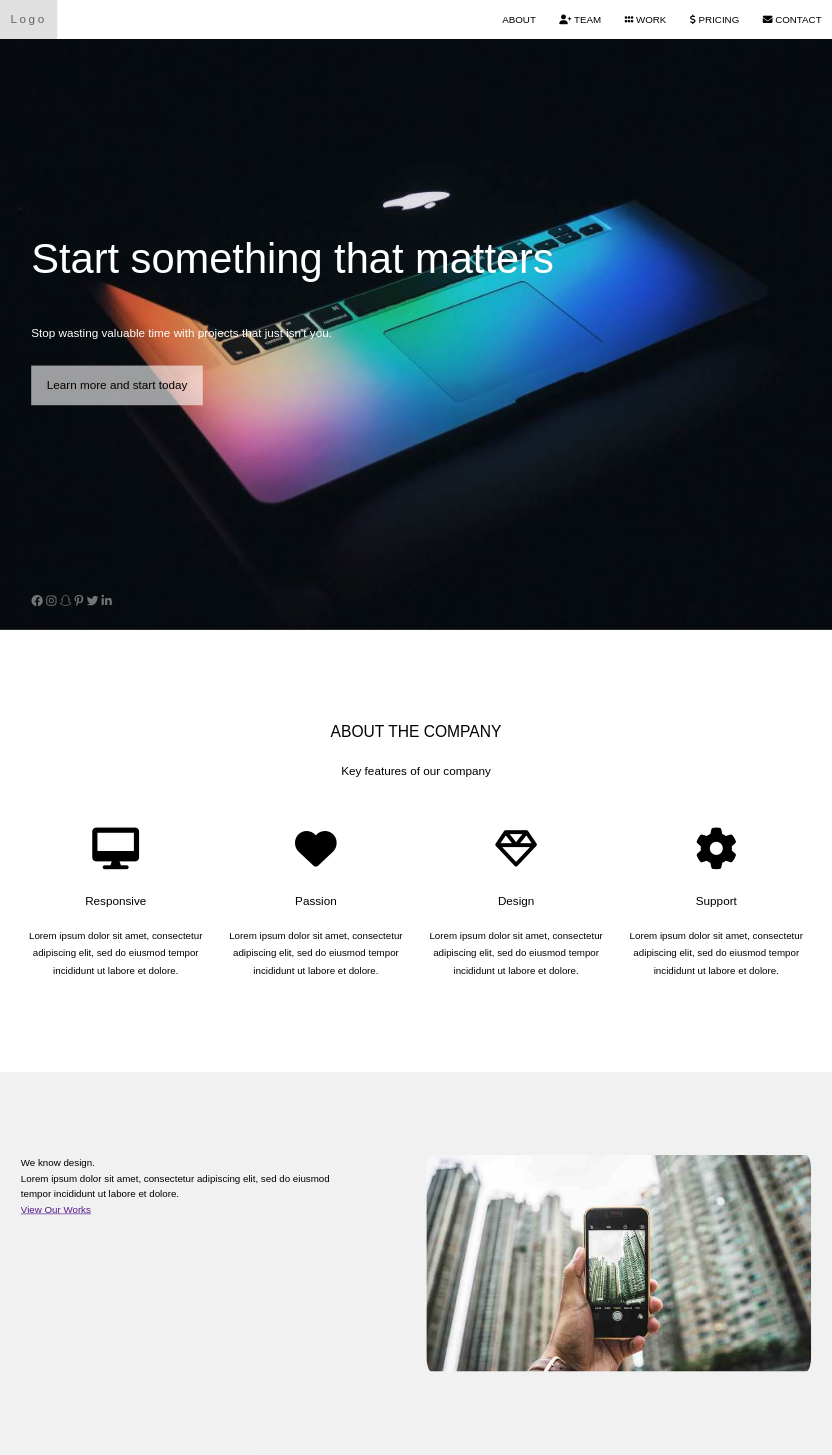
Repository: husterDC/Test
Page: index.html
The author's editor kept a copy of each file at every save. The page is drawn from the files as they stood at one save, then again after the next save.
The browser window is 1280 px wide. The pictures show the whole page, at 65% of full size.

Above is the page before, as saved 2022-10-13 13:39:26.

After the next save:
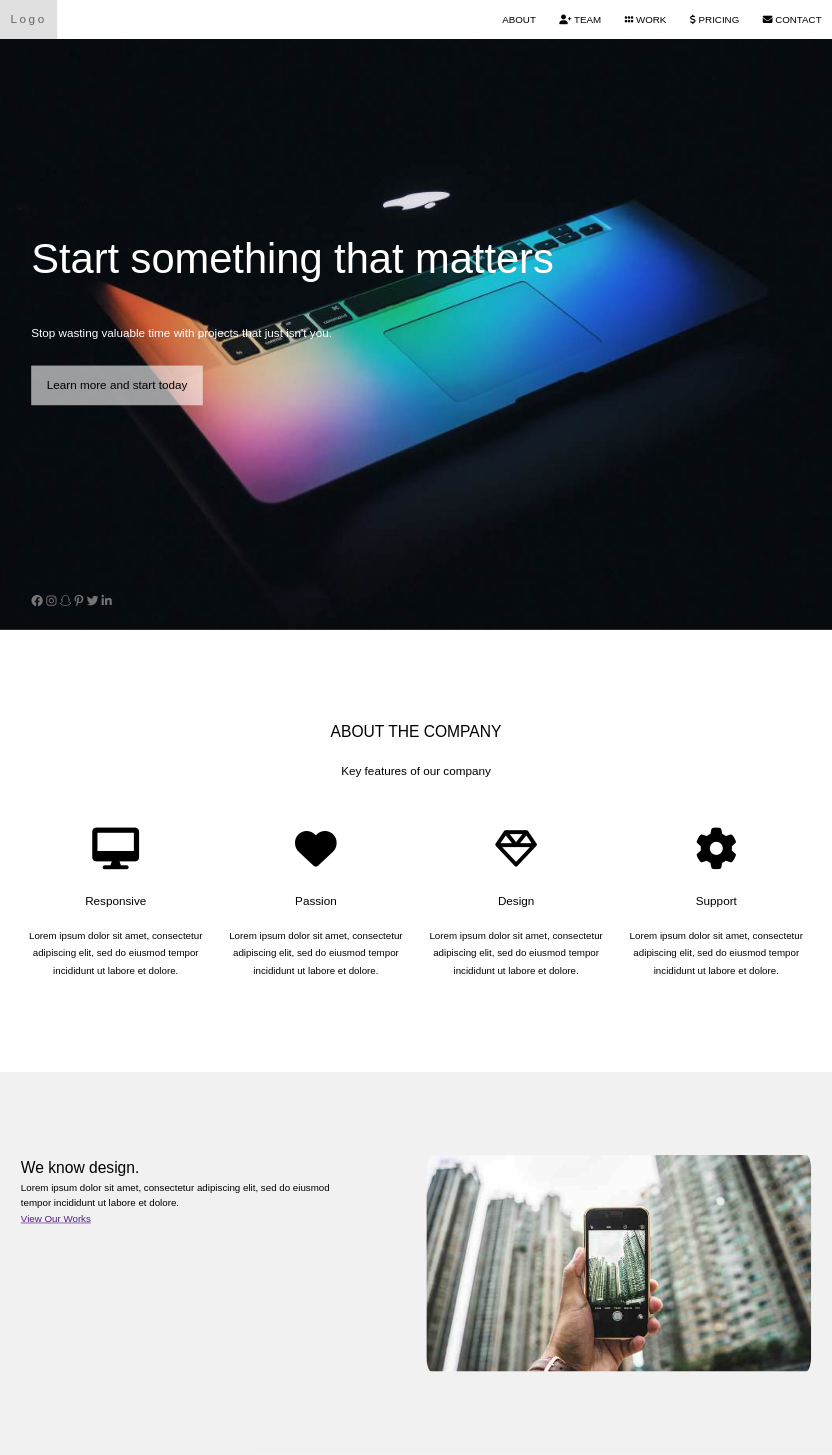
Saved 31 s later.
--- a/assets/style.css
+++ b/assets/style.css
@@ -146,3 +146,6 @@
     border-radius: 24px;
     padding: 0 16px;
 }
+.container_about-sub-title {
+    font-size: 24px;
+}
